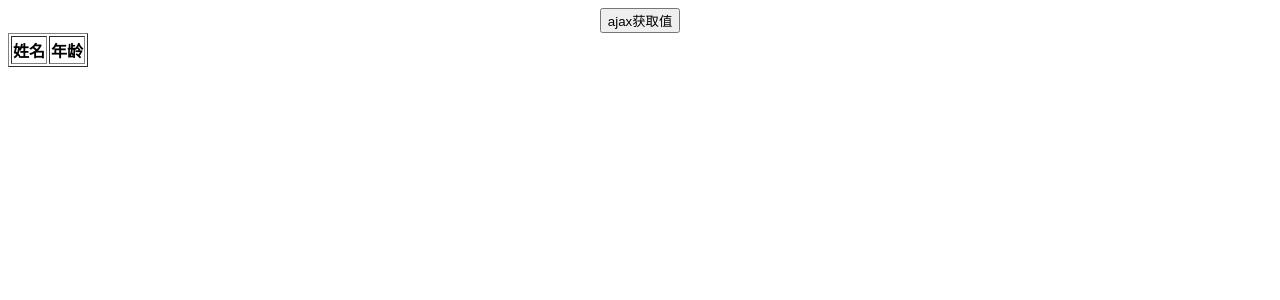
Repository: jsjchai/springmvc_study
Page: http://localhost/ajax03_json_array/
These files come from the project's save history. The page is drawn as it stood at one moment and after the next save; the edit follows.
The browser window is 1280 px wide. The pictures show the whole page.
The page is served by Tomcat 9. Other server files are loaded and not shown.

Above is the page before, as saved 2015-04-08 13:43:34.

### springmvc/Ajax&Json/ajax03_json_array/WebContent/index.jsp
<%@ page language="java" contentType="text/html; charset=UTF-8"
    pageEncoding="UTF-8"%>
<!DOCTYPE html PUBLIC "-//W3C//DTD HTML 4.01 Transitional//EN" "http://www.w3.org/TR/html4/loose.dtd">
<html>
<head>
<meta http-equiv="Content-Type" content="text/html; charset=UTF-8">
<title>Ajax和Json</title>
<script type="text/javascript">
		function getArray() {

			var xmlHttp=new XMLHttpRequest();
			xmlHttp.open("get", "jsonServlet", true);
			xmlHttp.send();
			xmlHttp.onreadystatechange= function(){
				if(xmlHttp.readyState==4&&xmlHttp.status==200){
					alert(xmlHttp.responseText);
					//转化Object类型
					/*
					*1.var json = (new Function('return '+param +';'))();
					*2.eval('var json = '+param);
					*/
					var dataObj=eval('(' + xmlHttp.responseText + ')');
					//alert(dataObj);
					//alert(dataObj.age);
				}
			};
		}
</script>
</head>
<body>
	<div style="text-align: center;">
		<div>
			<input type="button" id="button" value="ajax获取值" onclick="getArray()">
			<table id="tab" border="1">
				<tr>
					<th>姓名</th>
					<th>年龄</th>
				</tr>
			</table>
		</div>
	</div>
</body>
</html>

After the next save:
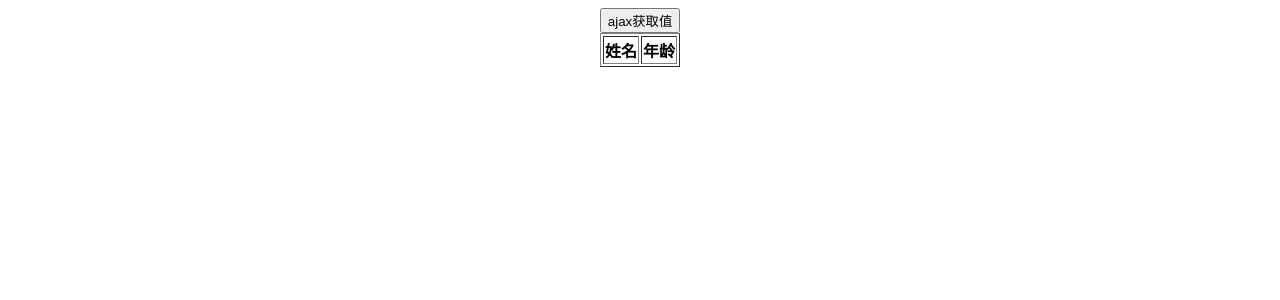
Saved 24 s later.
--- a/springmvc/Ajax&Json/ajax03_json_array/WebContent/index.jsp
+++ b/springmvc/Ajax&Json/ajax03_json_array/WebContent/index.jsp
@@ -31,7 +31,7 @@
 	<div style="text-align: center;">
 		<div>
 			<input type="button" id="button" value="ajax获取值" onclick="getArray()">
-			<table id="tab" border="1">
+			<table id="tab" border="1" align="center">
 				<tr>
 					<th>姓名</th>
 					<th>年龄</th>
